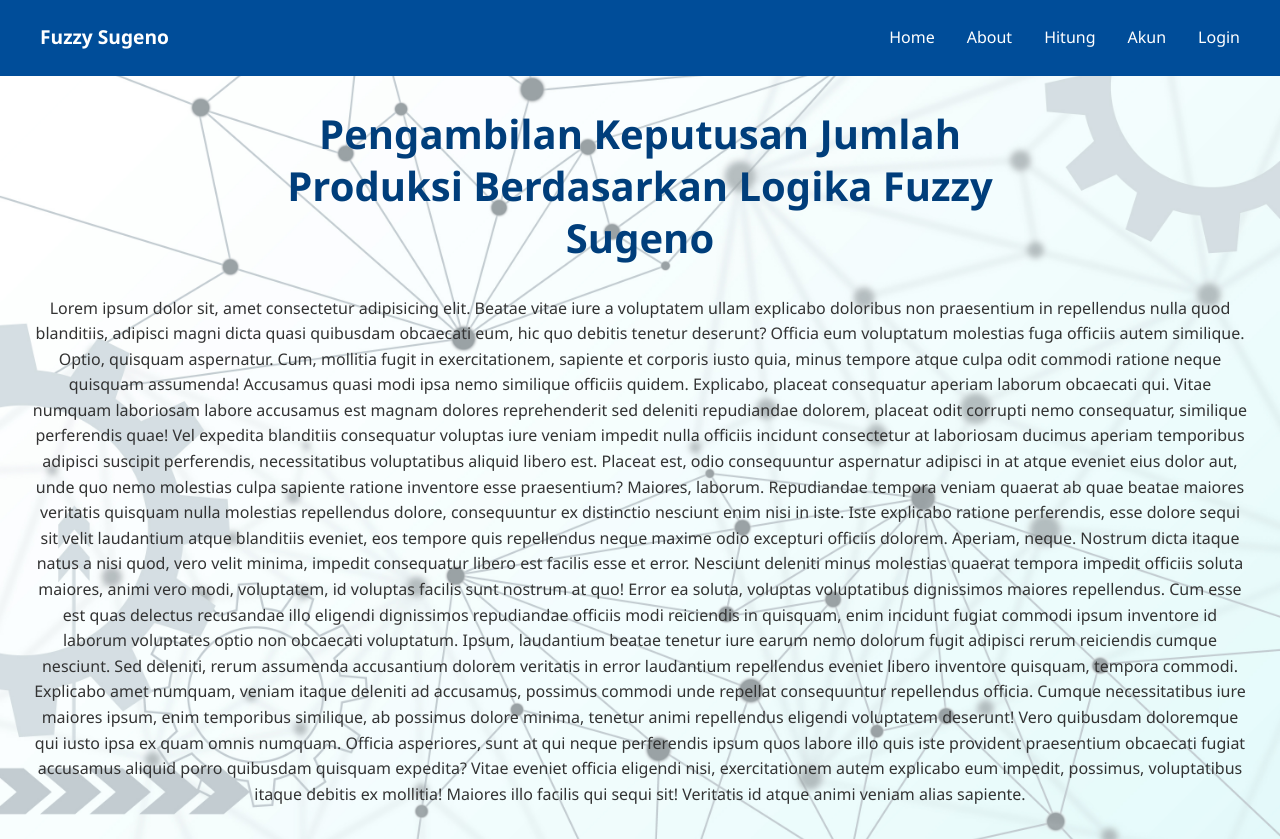
Repository: Senicccc/Defuzzy-Sugeno
Page: http://localhost/php/about.php
An editor plug-in stored every save of this project. The page is shown before and after the next save, followed by the edit.
The browser window is 1280 px wide. The pictures show the whole page.
The page is run by PHP 8.4 with error messages shown; the project is at /var/www/html/.

Above is the page before, as saved 2025-06-09 11:17:55.

After the next save:
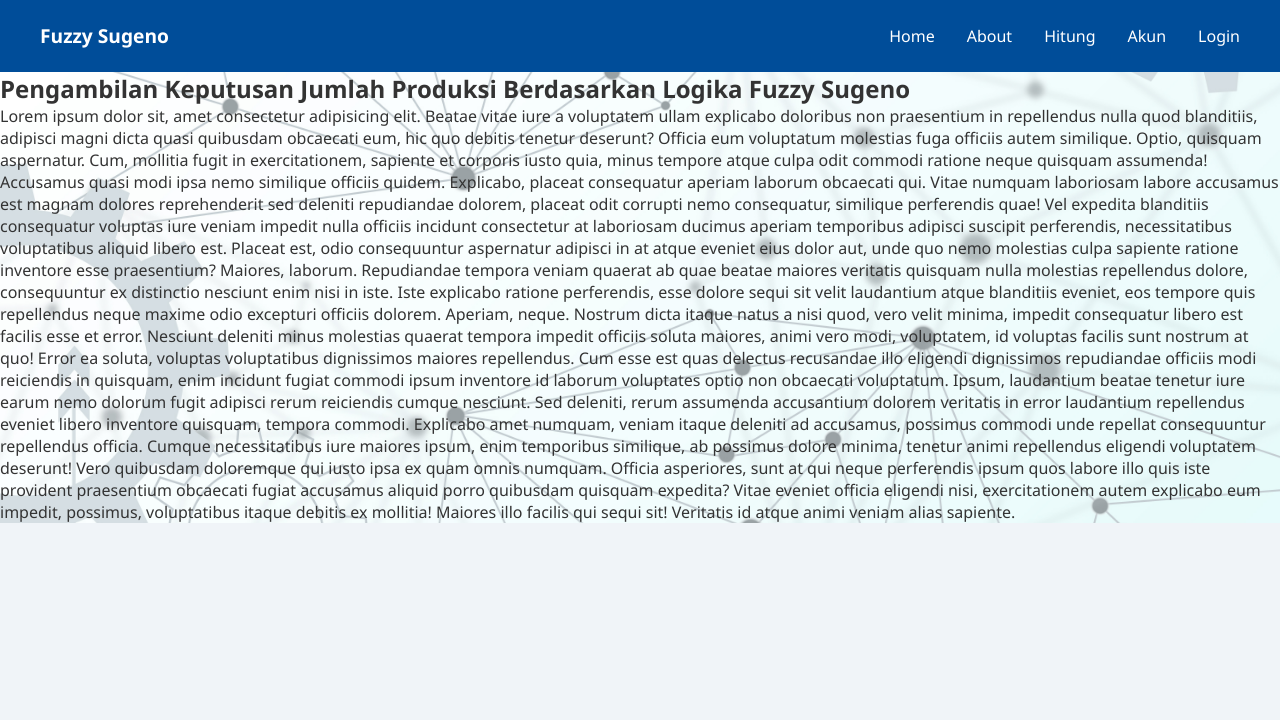
Not found: php/css/about.css
Saved 12 s later.
--- a/php/about.php
+++ b/php/about.php
@@ -6,7 +6,7 @@
     <meta name="viewport" content="width=device-width, initial-scale=1.0" />
     <title>Fuzzy Sugeno - About</title>
     <link rel="icon" href="img/favicon.png" type="image/png">
-    <link rel="stylesheet" href="css/index.css">
+    <link rel="stylesheet" href="css/about.css">
 </head>
 
 <body>
